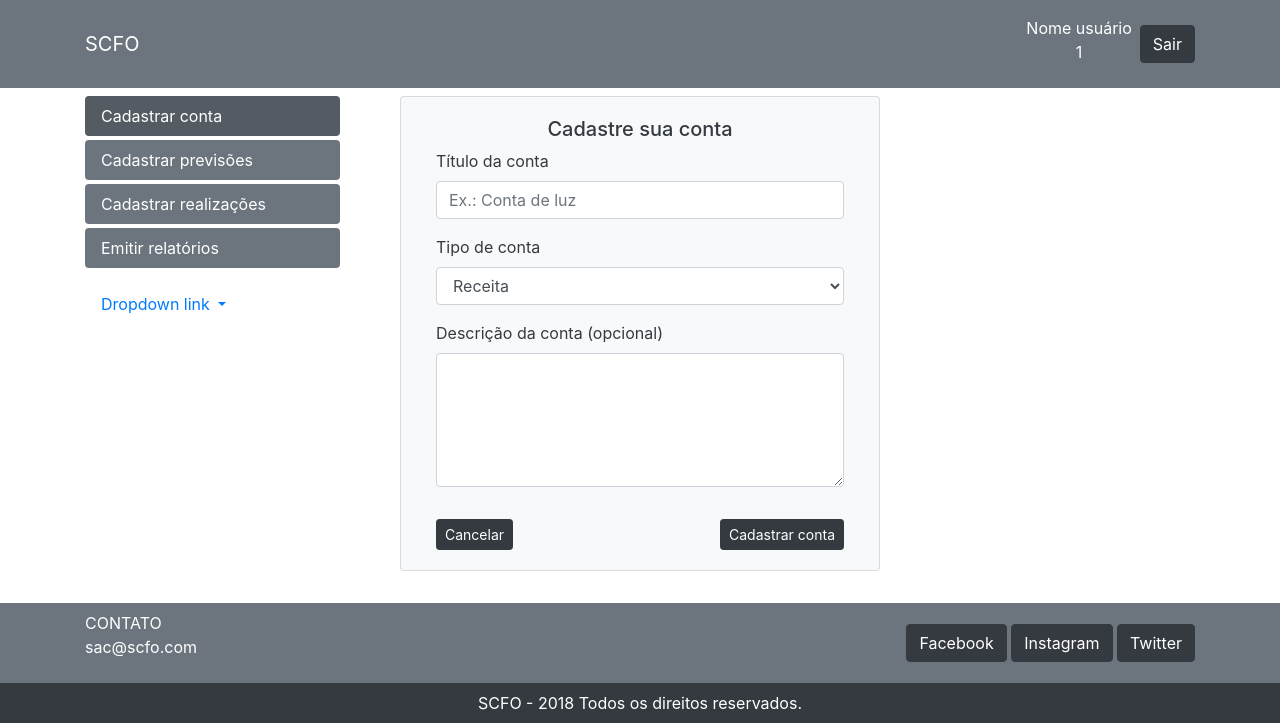
Repository: MaickSilva/scfoheroku
Page: http://localhost/cadastrarConta.php
The author's editor kept a record of every edit. The page is drawn from the files as they stood at one moment, then again after the next edit.
The browser window is 1280 px wide. The pictures show the whole page.
Some web libraries are served in a nearby version. The page is run by PHP 8.4 with error messages shown; the project is at /var/www/html/. The session is filled in as if someone had signed in: {"UsuarioLog": true, "cpf": 1, "senha": 1}.

Above is the page before.

After the next edit:
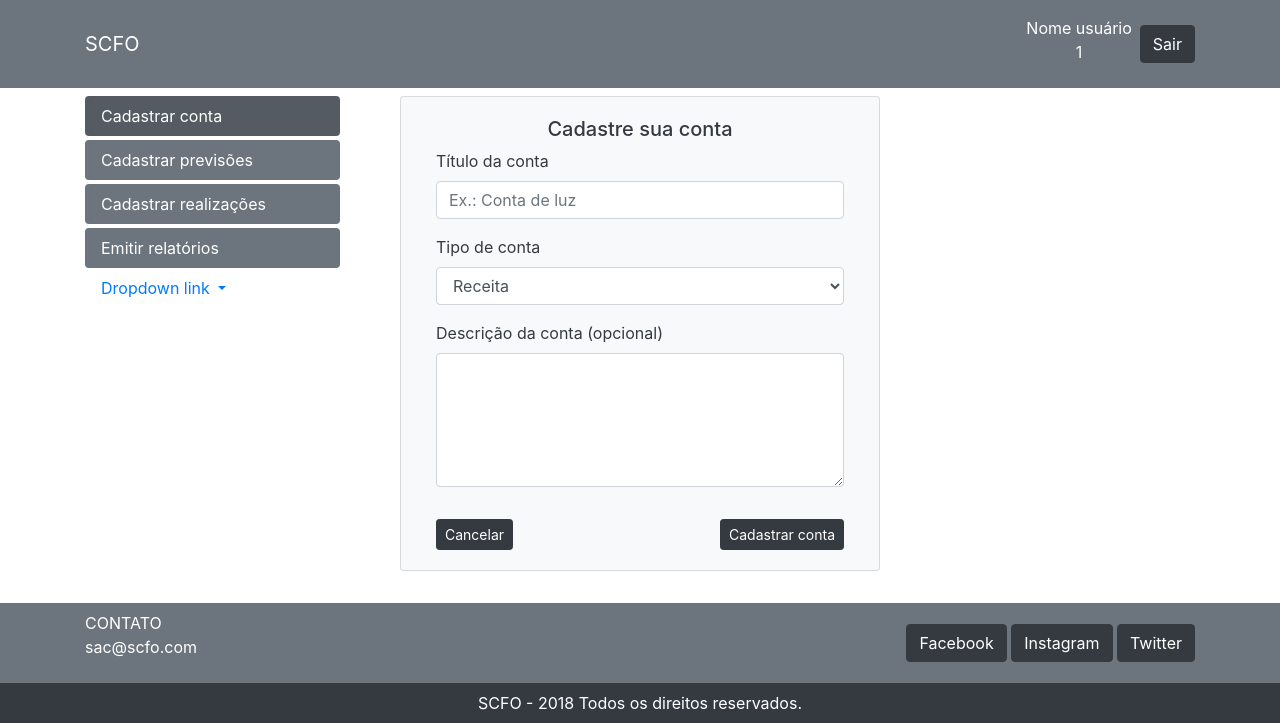
The edit:
--- a/workspace/cadastrarConta.php
+++ b/workspace/cadastrarConta.php
@@ -21,7 +21,7 @@
                     <a href="cadastrarPrevisao.php" class="nav-link btn-secondary mt-1" id="v-pills-profile-tab" href="#v-pills-profile" role="tab" aria-controls="v-pills-profile" aria-selected="false">Cadastrar previsões</a>
                     <a href="inserirValores.php" class="nav-link btn-secondary mt-1" id="inserirValores" role="tab" aria-controls="v-pills-valores" aria-selected="false">Cadastrar realizações</a>
                     <a href="emitirRelatorio.php" class="nav-link btn-secondary mt-1" id="v-pills-settings-tab" role="tab" aria-controls="v-pills-settings" aria-selected="false">Emitir relatórios</a>
-                    <a class="nav-link dropdown">
+                    <li class="nav-item dropdown">
                         <a class="nav-link dropdown-toggle" href="http://example.com" id="navbarDropdownMenuLink" data-toggle="dropdown" aria-haspopup="true"
                             aria-expanded="false">
                         Dropdown link
